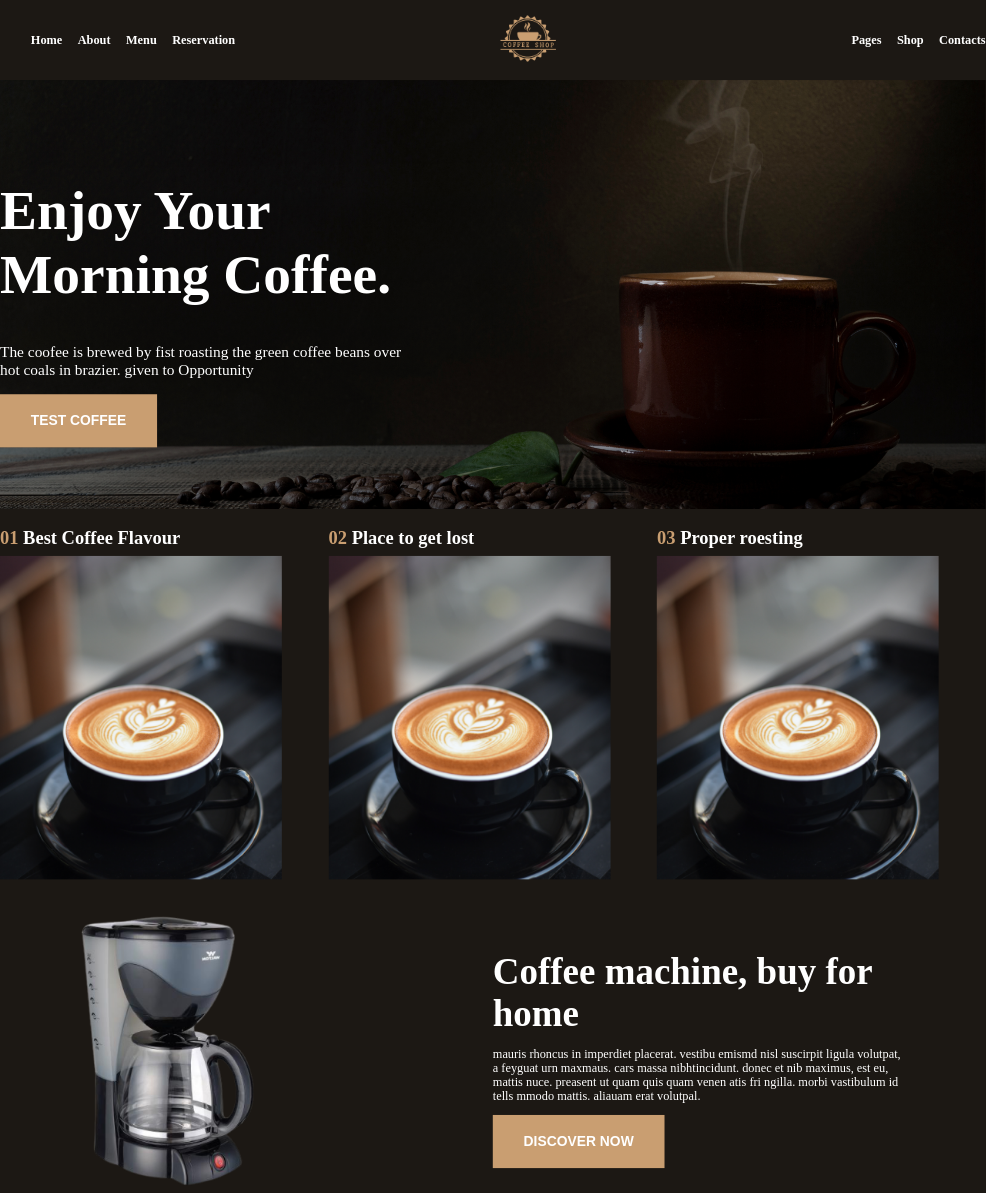
Repository: SitoraRashidova/CoffeShop_Figma
Page: /
These files come from the project's save history. The page is drawn as it stood at one moment and after the next save; the edit follows.
The browser window is 1280 px wide. The pictures show the whole page, at 77% of full size.
The project was rebuilt for these pictures with package versions that can differ from the ones it lists, and the page was loaded fresh each time. Also part of the build but not shown: vite.config.js.

Above is the page before, as saved 2024-11-24 23:53:09.

### src/index.css
/* :root {
  font-family: Inter, system-ui, Avenir, Helvetica, Arial, sans-serif;
  line-height: 1.5;
  font-weight: 400;

  color-scheme: light dark;
  color: rgba(255, 255, 255, 0.87);
  background-color: #242424;

  font-synthesis: none;
  text-rendering: optimizeLegibility;
  -webkit-font-smoothing: antialiased;
  -moz-osx-font-smoothing: grayscale;
} */

body{
  margin: 0;
  background-color: #1C1814;
}

*{
  box-sizing: border-box;
}


.container {
  width: 100%;
  max-width: 1296px;
  margin: 0 auto;
}

/* Header uchun style */

.header{
  background-color: #1C1814;
  padding: 20px 0;
}

.header-wrapper{
  display: flex;
  align-items: center;
  justify-content: space-between;
}

.nav-list{
  display: flex;
  align-items: center;
  justify-content: space-between;
  gap: 20px;
}

.nav-list__item{
  list-style: none;
}

.nav-list__item-link{
  color: white;
  text-decoration: none;
  font-weight: 600;
}

/* Hero uchun style */

.hero{
  width: 100%;
  height: auto;
  background-image: url('./assets/hero-logo.png');
  background-size: cover;
  background-repeat: no-repeat;
}

.hero-content{
  width: 100%;
  max-width: 529px;
  padding: 80px 0;
}

.hero-content__title{
  font-size: 72px;
  color: #fff;
}

.hero-content__desc{
  font-size: 20px;
  color: #fff;
}

.hero-btn{
  padding: 24px 40px;
  font-weight: 700;
  font-size: 18px;
  border: none;
  background-color: #C99E71;
  color: #fff;
}

/* type Coffee uchun style */

.type-coffee{
  display: grid;
  grid-template-columns: 1fr 1fr 1fr;
  margin-bottom: 40px;
}

.type-coffee__title{
   font-size: 24px;
   margin-bottom: 10px;
   color: #fff;
}

.type-coffee__title b{
  color: #C99E71;
}

.type-coffee_image{
  width: 366px;
  height: 420px;
}


/* DISCOWER */

.discower-wrapper{
  display: flex;
  justify-content: space-between;
  gap: 80px;
  width: 100%;
  max-width: 1070px;
  margin: 0 auto;
}

.discower-wrapper h3{
  margin-bottom: 10px;
  font-size: 48px;
  color: white;
}

.discower-wrapper p{
  font-size: 16px;
  color: white;
}

.discover-card{
  width: 100%;
  max-width: 535px;
}

### src/App.jsx
import "./App.css";
import DiscowerCoffee from "./components/discower-coffee";
import Header from "./components/header";
import Hero from "./components/hero";
import TypeCofee from "./components/type-coffee";

function App() {
  return (
    <>
      <Header />
      <Hero />
      <TypeCofee />
      <DiscowerCoffee/>
    </>
  );
}

export default App;

### src/App.css
*{
  box-sizing: border-box;
}

/* Header uchun style */

.container {
  width: 100%;
  max-width: 1296px;
  margin: 0 auto;
}

### src/components/discower-coffee.tsx
import React from "react";
import BlenderImage from '../assets/blender.png'

const DiscowerCoffee = () => {
  return (
    <div className="container">
      <div className="discower-wrapper">
        <div>
          <img src={BlenderImage} alt="Coffee machine, buy for home" />
        </div>
        <div className="discover-card">
          <h3>Coffee machine, buy for home</h3>
          <p>
            mauris rhoncus in imperdiet placerat. vestibu emismd nisl suscirpit
            ligula volutpat, a feyguat urn maxmaus. cars massa nibhtincidunt.
            donec et nib maximus, est eu, mattis nuce. preasent ut quam quis
            quam venen atis fri ngilla. morbi vastibulum id tells mmodo mattis.
            aliauam erat volutpal.
          </p>
          <button className="hero-btn">DISCOVER NOW</button>
        </div>
      </div>
    </div>
  );
};

export default DiscowerCoffee;

### src/components/header.jsx
import Logo from "../assets/Logo.png";

const Header = () => {
  return (
    <header className="header">
      <div className="container">
        <div className="header-wrapper">
          <nav>
            <ul className="nav-list">
              <li className="nav-list__item">
                <a className="nav-list__item-link" href="/home">
                  Home
                </a>
              </li>
              <li className="nav-list__item">
                <a className="nav-list__item-link" href="/about">
                  About
                </a>
              </li>
              <li className="nav-list__item">
                <a className="nav-list__item-link" href="/menu">
                  Menu
                </a>
              </li>
              <li className="nav-list__item">
                <a className="nav-list__item-link" href="/Reservation">
                  Reservation
                </a>
              </li>
            </ul>
          </nav>
          <div>
            <img src={Logo} alt="web site logo" />
          </div>
          <nav>
            <ul className="nav-list">
              <li className="nav-list__item">
                <a className="nav-list__item-link" href="/home">
                  Pages
                </a>
              </li>
              <li className="nav-list__item">
                <a className="nav-list__item-link" href="/about">
                  Shop
                </a>
              </li>
              <li className="nav-list__item">
                <a className="nav-list__item-link" href="/menu">
                  Contacts
                </a>
              </li>
            </ul>
          </nav>
        </div>
      </div>
    </header>
  );
};

export default Header;

### src/components/hero.jsx


const Hero = () => {
  return (
    <div className="hero">
        <div className="container">
           <div className="hero-content">
            <h1 className="hero-content__title">Enjoy Your
            Morning Coffee.</h1>
            <p className="hero-content__desc">The coofee is brewed by fist roasting the green coffee beans over hot coals in brazier. given to Opportunity</p>
            <button className="hero-btn">TEST COFFEE</button>
           </div>
        </div>
    </div>
  )
}

export default Hero

### src/components/type-coffee.jsx
import CoffeeImage from '../assets/coffee-one.png'


const TypeCofee = () => {
  return (
    <div className="container">
        <div className="type-coffee">
            <div>
                <h3 className='type-coffee__title'><b className=''>01</b> Best Coffee Flavour</h3>
                <img className='type-coffee_image' src={CoffeeImage} alt="Best Coffee Flavour" />
            </div>
            <div>
                <h3 className='type-coffee__title'><b className=''>02</b> Place to get lost</h3>
                <img className='type-coffee_image' src={CoffeeImage} alt="Best Coffee Flavour" />
            </div>
            <div>
                <h3 className='type-coffee__title'><b className=''>03</b> Proper roesting</h3>
                <img className='type-coffee_image' src={CoffeeImage} alt="Best Coffee Flavour" />
            </div>
        </div>
    </div>
  )
}

export default TypeCofee

Loaded but not shown: index.html (common file); src/main.jsx (common file)

After the next save:
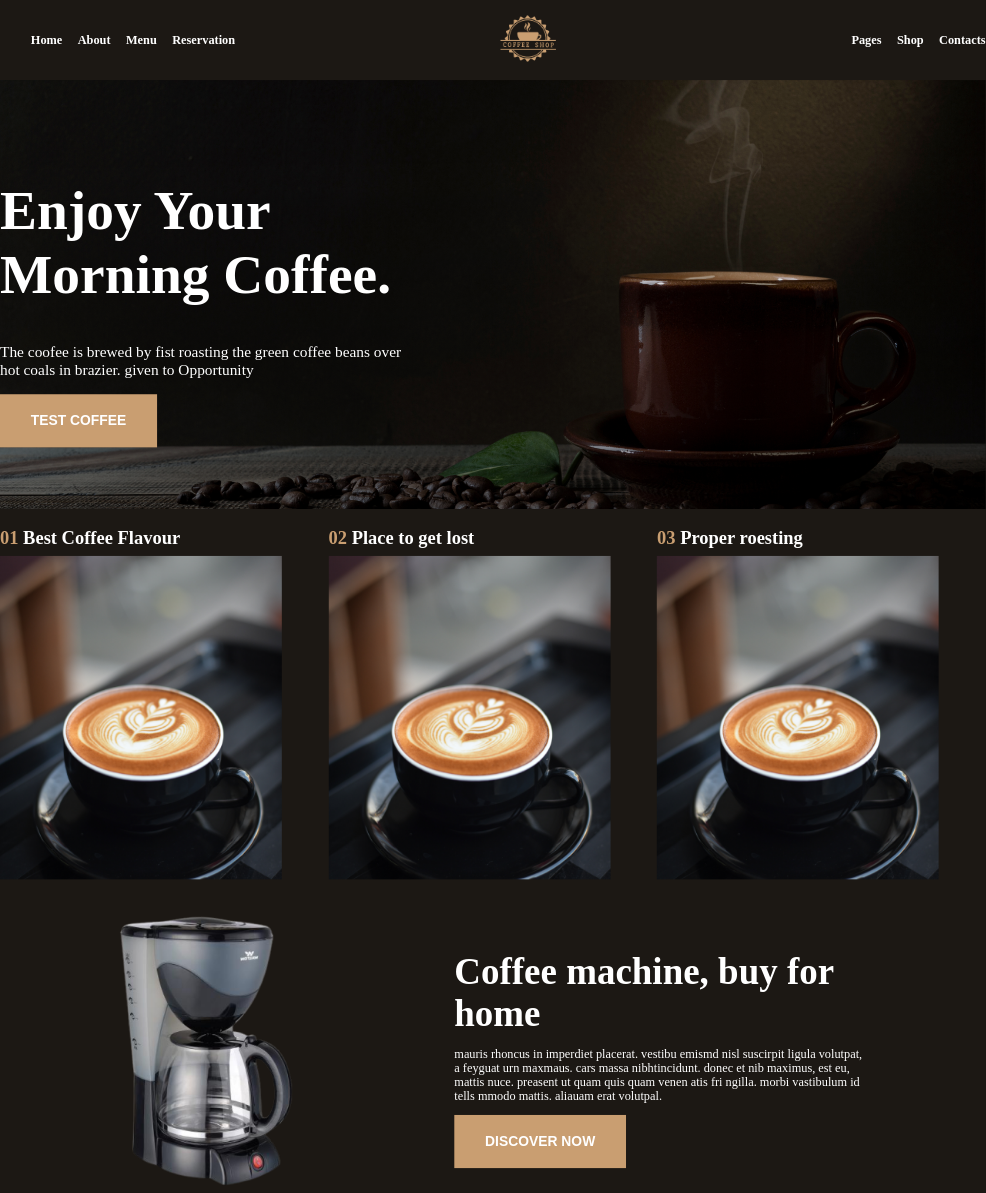
Saved 4 s later.
--- a/src/index.css
+++ b/src/index.css
@@ -125,7 +125,7 @@ body{
   justify-content: space-between;
   gap: 80px;
   width: 100%;
-  max-width: 1070px;
+  max-width: 970px;
   margin: 0 auto;
 }
 
